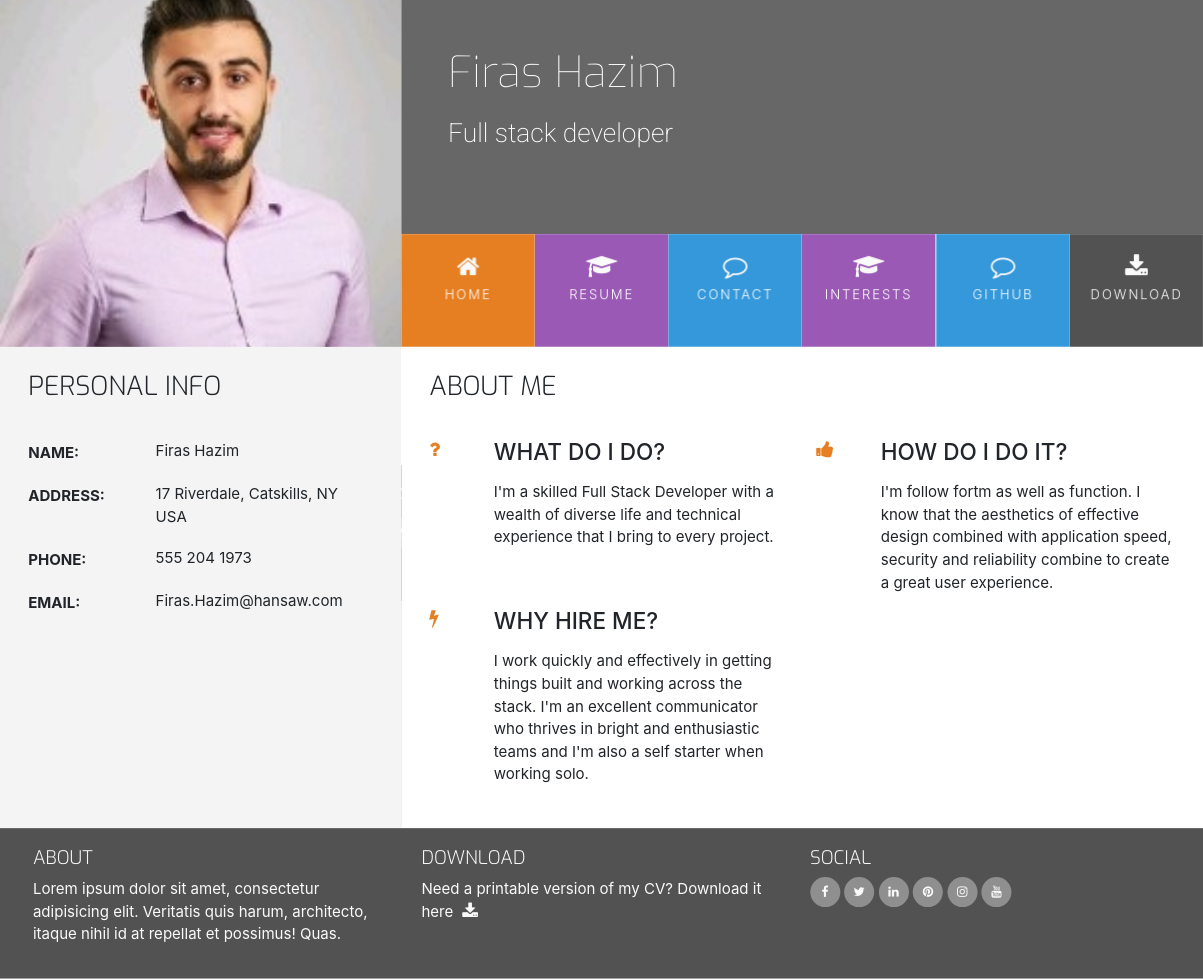
Repository: FirasH94/ResumeProject
Page: index.html
The author's editor kept a record of every edit. The page is drawn from the files as they stood at one moment, then again after the next edit.
The browser window is 1280 px wide. The pictures show the whole page, at 94% of full size.

Above is the page before.

After the next edit:
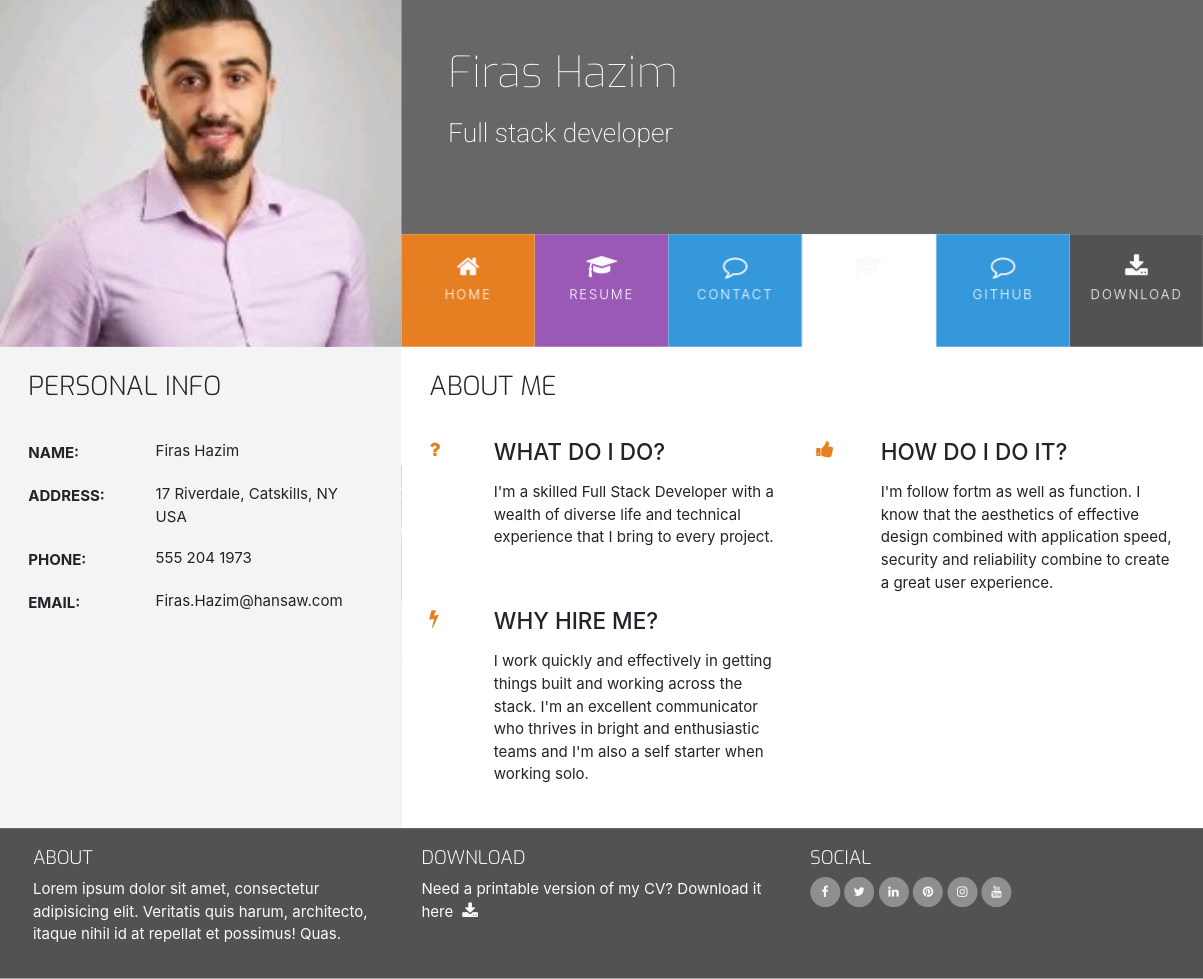
The edit:
--- a/index.html
+++ b/index.html
@@ -35,7 +35,7 @@
                             <li class="col-6 col-sm-2 ui-menu-color-contact list-inline-item menuitem hvr-sweep-to-bottom">
                                 <a href="contact.html"><i class="fa fa-comment-o" aria-hidden="true"></i><span>Contact</span></a>
                             </li>
-                            <li class="col-6 col-sm-2 ui-menu-color-resume list-inline-item menuitem hvr-sweep-to-bottom">
+                            <li class="col-6 col-sm-2 ui-menu-color-interests list-inline-item menuitem hvr-sweep-to-bottom">
                                 <a href="resume.html"><i class="fa fa-graduation-cap" aria-hidden="true"></i><span>Interests</span></a>
                             </li>
                             <li class="col-6 col-sm-2 ui-menu-color-contact list-inline-item menuitem hvr-sweep-to-bottom">
